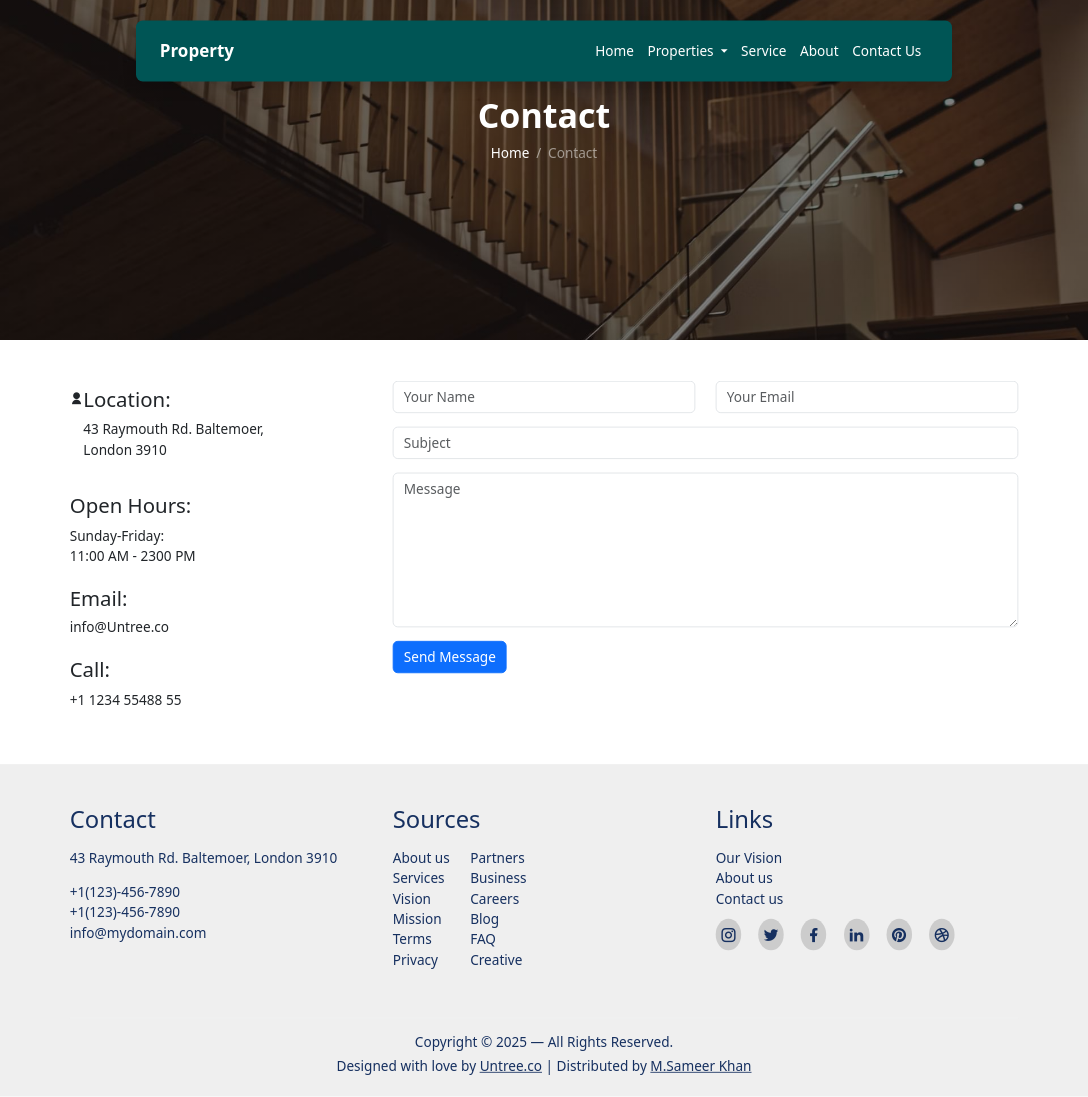
Repository: sameerrrrkhan911-git/Property
Page: contact.html
An editor plug-in stored every save of this project. The page is shown before and after the next save, followed by the edit.
The browser window is 1280 px wide. The pictures show the whole page, at 85% of full size.
Some icons come from a web library that is not loaded, so they are not drawn. Some web libraries are served in a nearby version.

Above is the page before, as saved 2025-09-28 21:29:35.
Console error: TypeError: Cannot read properties of undefined (reading 'length')

### contact.html
<!DOCTYPE html>
<html lang="en">

<head>
    <meta charset="utf-8">
    <meta name="viewport" content="width=device-width, initial-scale=1">
    <title>Property</title>

    <!--====== LINKS ========-->
    <link href="https://cdn.jsdelivr.net/npm/bootstrap@5.3.8/dist/css/bootstrap.min.css" rel="stylesheet">
    <link
        href="https://fonts.googleapis.com/css2?family=Montserrat:wght@400;600&family=Open+Sans:wght@400;600&display=swap"
        rel="stylesheet">
    <link href="https://unpkg.com/aos@2.3.1/dist/aos.css" rel="stylesheet">
    <link href="https://cdn.jsdelivr.net/npm/remixicon@4.5.0/fonts/remixicon.css" rel="stylesheet">
    <link href="https://cdnjs.cloudflare.com/ajax/libs/tiny-slider/2.9.4/tiny-slider.css" rel="stylesheet">
    <link rel="stylesheet" href="assets/css/style2.css">
    <link rel="stylesheet" href="assets/css/style.css">

</head>

<body>

    <!--=====HEADER=====-->
    <header>
        <section id="Right-Step">
            <div class="bg-holder overlay overlay-elixir">
            </div>

            <!-- Navbar -->
            <nav
                class="navbar navbar-expand-lg green-color p-3 mt-4 sticky-top position-absolute top-0 start-50 translate-middle-x w-75 rounded-3 shadow">
                <div class="container-fluid">
                    <!-- Brand -->
                    <a class="navbar-brand text-white fw-bold" href="#">Property</a>

                    <!-- Toggler for Mobile -->
                    <button class="navbar-toggler bg-light" type="button">
                        <span class="navbar-toggler-icon"></span>
                    </button>

                    <!-- Navbar Links -->
                    <div class="collapse navbar-collapse" id="navbarNavDropdown">
                        <ul class="navbar-nav ms-auto">
                            <li class="nav-item">
                                <a class="nav-link text-white active" aria-current="page" href="index.html">Home</a>
                            </li>
                            <li class="nav-item dropdown">
                                <a class="nav-link dropdown-toggle text-white" href="#" role="button"
                                    data-bs-toggle="dropdown" aria-expanded="false">
                                    Properties
                                </a>
                                <ul class="dropdown-menu">
                                    <li><a class="dropdown-item" href="#">Action</a></li>
                                    <li><a class="dropdown-item" href="#">Another action</a></li>
                                    <li><a class="dropdown-item" href="#">Something else here</a></li>
                                </ul>
                            </li>
                            <li class="nav-item"><a class="nav-link text-white" href="service.html">Service</a></li>
                            <li class="nav-item"><a class="nav-link text-white" href="about.html">About</a></li>
                            <li class="nav-item"><a class="nav-link text-white" href="contact.html">Contact Us</a></li>
                        </ul>
                    </div>
                </div>
            </nav>

            <!--/.bg-holder-->
            <div class="forbg py-5">
                <div class="container">

                    <div class="row justify-content-center align-items-center">
                        <div class="col-lg-9 text-center mt-5">
                            <h1 class="heading aos-init aos-animate white mt-3 fw-bold" data-aos="fade-up">Contact</h1>

                            <nav aria-label="breadcrumb" data-aos="fade-up" data-aos-delay="200"
                                class="aos-init aos-animate">
                                <ol class="breadcrumb text-center justify-content-center">
                                    <li class="breadcrumb-item"><a href="index.html" style="color: white;">Home</a></li>
                                    <li class="ms-2 me-2 text-white-50" aria-current="page">
                                        /
                                    </li>
                                    <li class="breadcrumb-item active text-white-50" aria-current="page">
                                        Contact
                                    </li>
                                </ol>
                            </nav>
                        </div>
                    </div>
                </div>
            </div><!-- end of .container-->
        </section>
    </header>

    <!--====MAIN====-->

    <main>

<div class="section py">
      <div class="container">
        <div class="row py-5">
          <div class="col-lg-4 mb-5 mb-lg-0 aos-init aos-animate" data-aos="fade-up" data-aos-delay="100">
            <div class="contact-info">
              <div class="address mt-2">
<div class="d-flex">
    <div>
    <i class="ri-user-fill"></i>
</div>
                <div>
                    <h4 class="mb-2">Location:</h4>
                <p>
                  43 Raymouth Rd. Baltemoer,<br>
                  London 3910
                </p>
                </div>
</div>
              </div>

              <div class="open-hours mt-4">
                <i class="icon-clock-o"></i>
                <h4 class="mb-2">Open Hours:</h4>
                <p>
                  Sunday-Friday:<br>
                  11:00 AM - 2300 PM
                </p>
              </div>

              <div class="email mt-4">
                <i class="icon-envelope"></i>
                <h4 class="mb-2">Email:</h4>
                <p>info@Untree.co</p>
              </div>

              <div class="phone mt-4">
                <i class="icon-phone"></i>
                <h4 class="mb-2">Call:</h4>
                <p>+1 1234 55488 55</p>
              </div>
            </div>
          </div>
          <div class="col-lg-8 aos-init aos-animate" data-aos="fade-up" data-aos-delay="200">
            <form action="#">
              <div class="row">
                <div class="col-6 mb-3">
                  <input type="text" class="form-control" placeholder="Your Name">
                </div>
                <div class="col-6 mb-3">
                  <input type="email" class="form-control" placeholder="Your Email">
                </div>
                <div class="col-12 mb-3">
                  <input type="text" class="form-control" placeholder="Subject">
                </div>
                <div class="col-12 mb-3">
                  <textarea name="" id="" cols="30" rows="7" class="form-control" placeholder="Message"></textarea>
                </div>

                <div class="col-12">
                  <input type="submit" value="Send Message" class="btn btn-primary">
                </div>
              </div>
            </form>
          </div>
        </div>
      </div>
    </div>

    </main>

    <!-- FOOTER -->
    <footer class="greyy py-5 pb-4 grey">

        <div class="container">
            <div class="row">

                <!-- Contact -->
                <div class="col-lg-4 col-md-6 mb-4">
                    <h3 class="mb-3 font-color">Contact</h3>
                    <address class="mb-3 font-color">43 Raymouth Rd. Baltemoer, London 3910</address>
                    <ul class="list-unstyled">
                        <li><a href="tel://11234567890" class=" text-decoration-none"
                                style="color: #163060;">+1(123)-456-7890</a></li>
                        <li><a href="tel://11234567890" class=" text-decoration-none"
                                style="color: #163060;">+1(123)-456-7890</a></li>
                        <li><a href="mailto:info@mydomain.com" class=" text-decoration-none"
                                style="color: #163060;">info@mydomain.com</a></li>
                    </ul>
                </div>

                <!-- Sources -->
                <div class="col-lg-4 col-md-6 mb-4">
                    <h3 class="mb-3 font-color">Sources</h3>
                    <div class="d-flex">
                        <ul class="list-unstyled me-4">
                            <li><a href="#" class="font-color text-decoration-none">About us</a></li>
                            <li><a href="#" class="font-color text-decoration-none">Services</a></li>
                            <li><a href="#" class="font-color text-decoration-none">Vision</a></li>
                            <li><a href="#" class="font-color text-decoration-none">Mission</a></li>
                            <li><a href="#" class="font-color text-decoration-none">Terms</a></li>
                            <li><a href="#" class="font-color text-decoration-none">Privacy</a></li>
                        </ul>
                        <ul class="list-unstyled">
                            <li><a href="#" class="font-color text-decoration-none">Partners</a></li>
                            <li><a href="#" class="font-color text-decoration-none">Business</a></li>
                            <li><a href="#" class="font-color text-decoration-none">Careers</a></li>
                            <li><a href="#" class="font-color text-decoration-none">Blog</a></li>
                            <li><a href="#" class="font-color text-decoration-none">FAQ</a></li>
                            <li><a href="#" class="font-color text-decoration-none">Creative</a></li>
                        </ul>
                    </div>
                </div>

                <!-- Links & Social -->
                <div class="col-lg-4 col-md-12 mb-4">
                    <h3 class="mb-3 font-color">Links</h3>
                    <ul class="list-unstyled">
                        <li><a href="#" class="font-color text-decoration-none">Our Vision</a></li>
                        <li><a href="#" class="font-color text-decoration-none">About us</a></li>
                        <li><a href="#" class="font-color text-decoration-none">Contact us</a></li>
                    </ul>

                    <!-- Social icons -->
                    <div class="mt-3">
                        <a href="#" class="font-color me-3 fs-5 roundd text-color dark-grey"><i
                                class="ri-instagram-line"></i></a>
                        <a href="#" class="font-color me-3 fs-5 roundd dark-grey"><i class="ri-twitter-fill"></i></a>
                        <a href="#" class="font-color me-3 fs-5 roundd dark-grey"><i class="ri-facebook-fill"></i></a>
                        <a href="#" class="font-color me-3 fs-5 roundd dark-grey"><i class="ri-linkedin-fill"></i></a>
                        <a href="#" class="font-color me-3 fs-5 roundd dark-grey"><i class="ri-pinterest-fill"></i></a>
                        <a href="#" class="font-color fs-5 roundd dark-grey"><i class="ri-dribbble-line"></i></a>
                    </div>
                </div>

            </div>

            <hr class="border-light">

            <!-- Copyright -->
            <div class="row">
                <div class="col-12 text-center">
                    <p class="mb-1 font-color">
                        Copyright ©
                        <script>document.write(new Date().getFullYear());</script> — All Rights Reserved.
                    </p>
                    <p class="mb-0 font-color">
                        Designed with love by <a href="https://untree.co"
                            class="font-color text-decoration-underline">Untree.co</a>
                        | Distributed by <a href="https://themewagon.com/" target="_blank"
                            class="font-color text-decoration-underline">M.Sameer Khan</a>
                    </p>
                </div>
            </div>

        </div>

    </footer>

    <!-- Bootstrap JS -->
    <script src="https://cdn.jsdelivr.net/npm/bootstrap@5.3.8/dist/js/bootstrap.bundle.min.js"></script>
    <!-- AOS JS -->
    <script src="https://unpkg.com/aos@2.3.1/dist/aos.js"></script>

    <script>
        AOS.init({
            duration: 1000,
            once: true
        });
    </script>

    <script src="https://cdnjs.cloudflare.com/ajax/libs/tiny-slider/2.9.4/min/tiny-slider.js"></script>

    <script>
        var slider = tns({
            container: '.property-slider',
            items: 3,
            slideBy: 1,
            autoplay: false,
            controls: true,
            nav: false,
            gutter: 20,
            controlsContainer: '.slider-controls',
            prevButton: '.prev',
            nextButton: '.next',
            responsive: {
                0: { items: 1 },
                768: { items: 2 },
                1200: { items: 3 }
            }
        });
    </script>

</body>

</html>

### assets/css/style.css
/* ==============================
   Root Variables
=================================*/
:root {
  --green-color: #005555;
   --heading-color: #2a3855;
}

.green-color {
  background-color: var(--green-color);
}

.green{
  color: var(--green-color);
}

.black{
  color: black;
}

.para{
  text-align: left;
}

.heading-color{
  color: var(--heading-color);
}

.z-9 {
  z-index: 9 !important;
}

.white {
  color: white;
}

.green-line{
   height: 2px;
  width: 120px;
 background-color: var(--green-color);
 margin-bottom: 10px;
}

.black-line{
   height: 2px;
  width: 80px;
 background-color: black;
 margin: 10px auto;
}

.white-bg{
  background-color: white;
}

.fs-6{
  font-size: 5px;
}

.marginn{
  margin-bottom: 30px;
}

.a{
  text-decoration: none;
}


.dark-grey{
  background-color: #cccccc;
}

.text-color{
  color: #909ba6;
}
/* ==============================
Header
=================================*/


/* Hero background */
.hero-header {
  background-image: url("../images/hero_bg_3.jpg") !important;
  background-repeat: no-repeat;
  background-position: center center;
  background-size: cover;
  min-height: 100vh;
  position: relative;
  display: flex;
  align-items: center;
}



/* Overlay */
.hero-header::before {
  content: "";
  position: absolute;
  top: 0;
  left: 0;
  width: 100%;
  height: 100%;
  background: rgba(0, 0, 0, 0.5);
  z-index: 0;
}

/* Keep hero text above overlay */
.hero {
  position: relative;
  z-index: 1;
}

/* White text */
.white {
  color: #fff !important;
}

/* Responsive adjustments */
@media (max-width: 768px) {
  nav.navbar {
    width: 90% !important;
    margin-top: 1rem !important;
    padding: 0.75rem 1rem !important;
  }

  .hero h1 {
    font-size: 1.75rem;
    line-height: 1.3;
  }

  .hero form {
    flex-direction: column !important;
    gap: 0.75rem;
  }

  .hero input {
    width: 100% !important;
  }

  .hero button {
    width: 100% !important;
  }
}

@media (max-width: 576px) {
  .hero h1 {
    font-size: 1.5rem;
  }
}

/* Popular properties */

.property-slider {
  overflow: hidden;
}

.property-item {
  background: #fff;
  border-radius: 8px;
  overflow: hidden;
}

.property-content {
  background: #fff;
  border-radius: 8px;
}

/* Features */

.features-1 {
    padding-top: 30px;
    position: relative;
    z-index: 8;
    text-align: center;
    background-color: rgba(0, 32, 74, 0.05);
}

/* ==========================
   Testimonials Section
========================== */

.sec-testimonials .heading {
  font-size: 2rem;
  font-weight: 700;
}

/* Prev/Next buttons */
#testimonial-nav {
  display: flex;
  gap: 10px;
}

#testimonial-nav span {
  cursor: pointer;
  font-size: 14px;
  color: #002855;
  background: #e9ecef;
  padding: 6px 14px;
  border-radius: 20px;
  transition: all 0.3s ease;
}

#testimonial-nav span:hover {
  background: #002855;
  color: #fff;
}

/* Testimonials layout */
.testimonial-slider {
  display: grid;
  grid-template-columns: repeat(auto-fit, minmax(300px, 1fr));
  gap: 40px;
  margin-top: 30px;
  text-align: center;
}

.testimonial {
  padding: 20px;
}

.testimonial img {
  width: 90px;
  height: 90px;
  object-fit: cover;
  margin-bottom: 15px;
  border: 3px solid #ddd;
}

.testimonial .rate {
  margin: 10px 0;
  font-size: 16px;
  color: #f1c40f;
}

.testimonial h3 {
  margin-bottom: 10px;
  font-size: 1.1rem;
  font-weight: 600;
}

.testimonial blockquote {
  font-style: italic;
  font-size: 0.95rem;
  color: #555;
  margin: 10px 0 15px;
}

.greyy{
  background-color: #efefef;
}

.testimonial p.text-muted {
  font-size: 0.85rem;
  color: #888;
}

.img-fluid {
   max-width: 100%;
    height: auto;
}

/* Call To Action */
.footer-cta {
  background: white ;
  padding: 50px;
}

.footer-cta .btn-primary {
  border-radius: 30px;
  font-size: 1.1rem;
  transition: all 0.3s ease;
}

.footer-cta .btn-primary:hover {
  background: #003f3f;
  transform: translateY(-3px);
  box-shadow: 0 6px 15px rgba(0,0,0,0.2);
}

/* Our Agents */
.section_1{
  background-color: #f8f9fa;
}

/* Agent Card */
.person {
  background: #fff;
  border-radius: 12px;
  padding: 60px 20px 30px;
  text-align: center;
  position: relative;
  box-shadow: 0 4px 20px rgba(0,0,0,0.05);
  transition: all 0.3s ease;
}

.person:hover {
  transform: translateY(-8px);
  box-shadow: 0 12px 30px rgba(0,0,0,0.1);
}

/* Profile Image */
.person img {
  width: 100px;
  height: 100px;
  object-fit: cover;
  border-radius: 50%;
  position: absolute;
  top: -50px;
  left: 50%;
  transform: translateX(-50%);
}

/* Text styling */
.person-contents h2 {
  margin-top: 60px;
  font-size: 1.2rem;
  font-weight: 600;
}

.person-contents .meta {
  font-size: 0.9rem;
  color: #6c757d;
  margin-bottom: 15px;
}

.person-contents p {
  font-size: 0.95rem;
  color: #555;
  margin-bottom: 20px;
}

/* Social icons */
.social a {
  display: inline-flex;
  justify-content: center;
  align-items: center;
  width: 40px;
  height: 40px;
  margin: 0 5px;
  border-radius: 50%;
  background: #002855;
  color: #fff;
  transition: all 0.3s ease;
  text-decoration: none;
}

.social a:hover {
  background: #005555;
}

h2 a {
  color: #000;
  text-decoration: none;
}

.roundd{

  border-radius: 50%;
  text-decoration: none;
  padding: 5px;
}

.font-color{
 color: #163060;
}

.forbg {
    height: 400px;
    background: linear-gradient(to bottom, rgba(0, 0, 0, 0.5), rgba(0, 0, 0, 0.5)), url(../images/hero_bg_1.jpg);
    background-size: cover;
    background-position: center;
}

a{
  text-decoration: none;
}

Loaded but not shown: assets/css/style2.css (library)

After the next save:
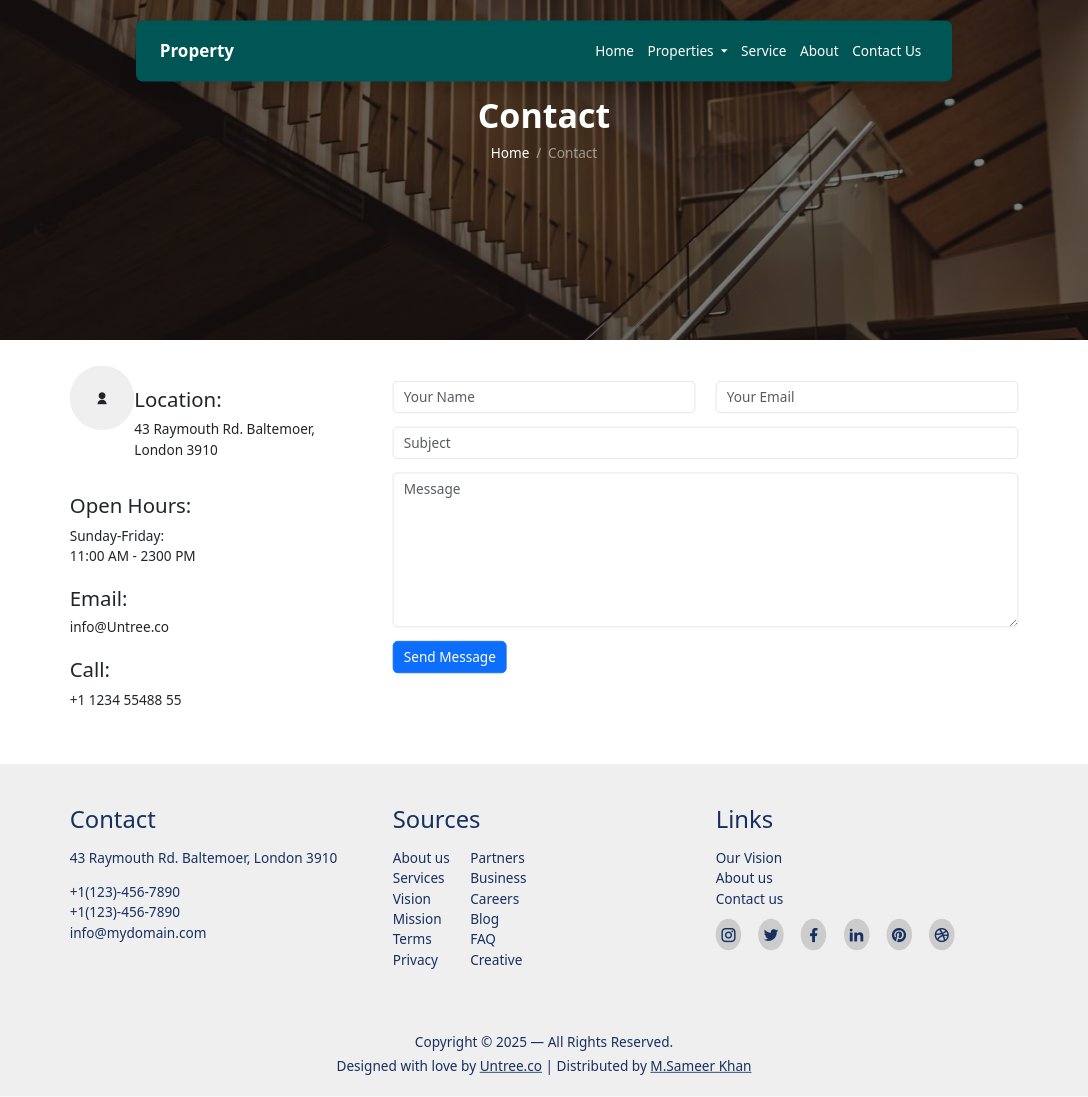
Saved 7 s later.
--- a/contact.html
+++ b/contact.html
@@ -103,7 +103,7 @@
               <div class="address mt-2">
 <div class="d-flex">
     <div>
-    <i class="ri-user-fill"></i>
+    <i class="ri-user-fill" style="border-radius: 50%; padding: 30px; background-color: #efefef;"></i>
 </div>
                 <div>
                     <h4 class="mb-2">Location:</h4>
